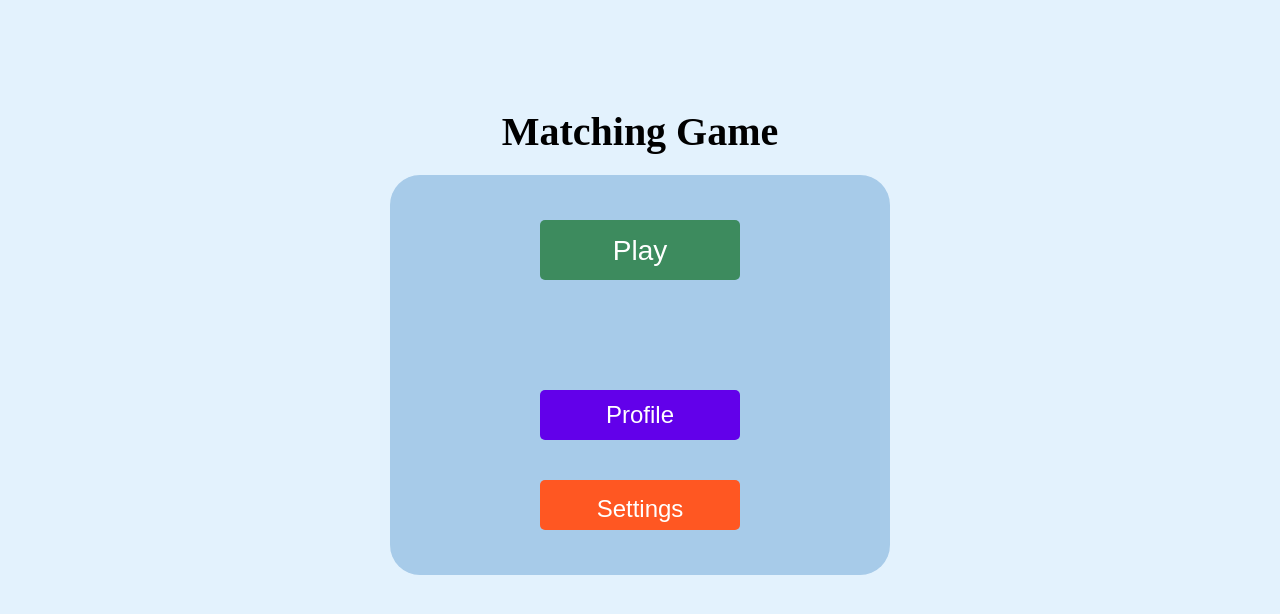
Repository: parnelltse/frontend2-courseproject
Page: /home
The author's editor kept a copy of each file at every save. The page is drawn from the files as they stood at one save, then again after the next save.
The browser window is 1280 px wide. The pictures show the whole page.
The project was rebuilt for these pictures with package versions that can differ from the ones it lists, and the page was loaded fresh each time. Also part of the build but not shown: vite.config.js, src/pages/landing.jsx, src/components/BackButton.jsx, src/pages/gameoptions.jsx, src/pages/appsettings.jsx, src/pages/profilesettings.jsx, src/pages/gamehistory.jsx, src/pages/singleplayer.jsx and 4 more.

Above is the page before, as saved 2024-11-16 01:23:23.

After the next save:
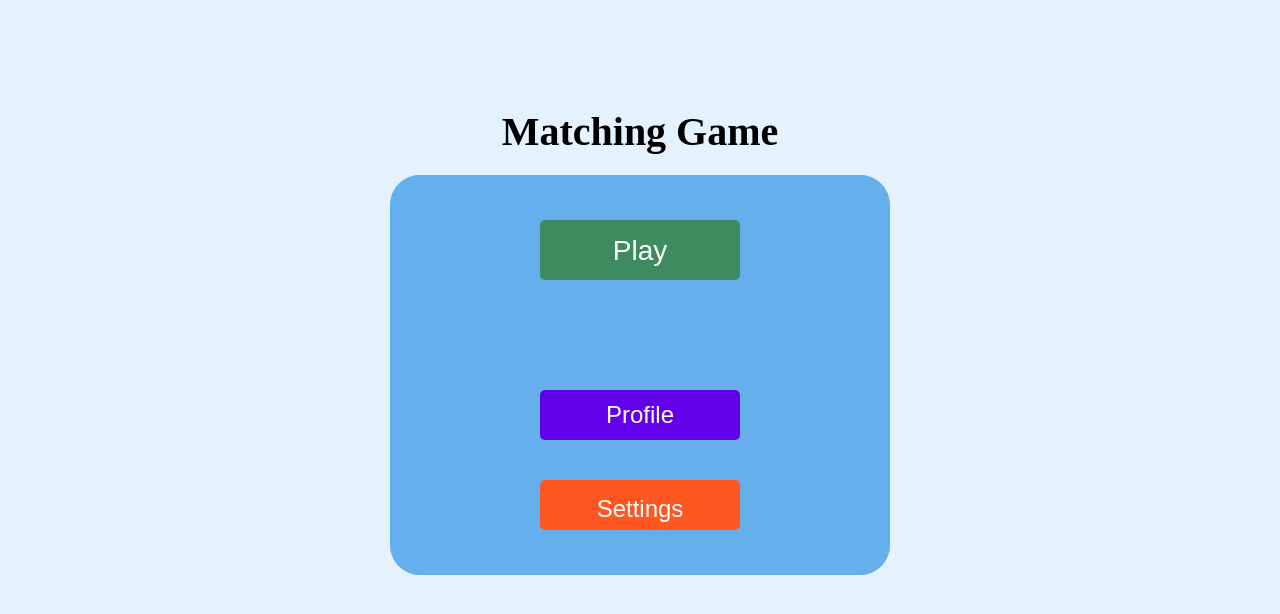
Saved 19 s later.
--- a/src/index.css
+++ b/src/index.css
@@ -313,7 +313,7 @@
   right: -20px;
   bottom: -200px;
   border-radius: inherit; /* Matches the border radius of the parent */
-  background: transparent;
+  background:#64afec;
   z-index: -1; /* Ensures the border appears behind the .home-board */
   animation: border-animate 3s linear infinite; /* Smooth, infinite animation */
 }

After the save that followed:
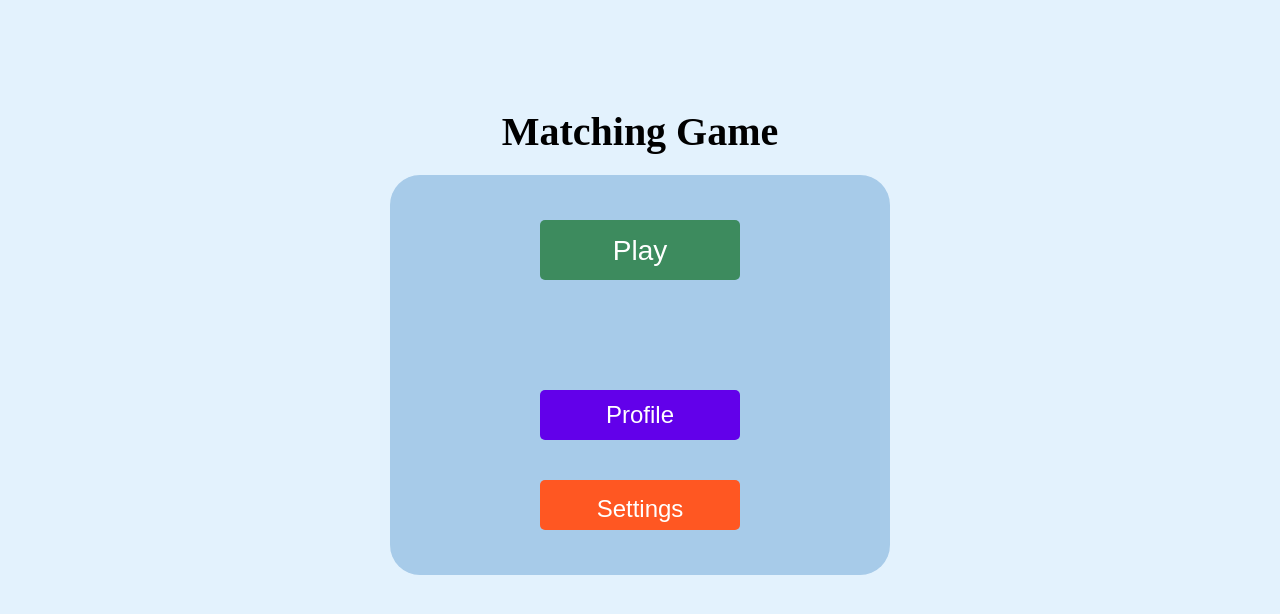
Saved 12 s later.
--- a/src/index.css
+++ b/src/index.css
@@ -313,7 +313,7 @@
   right: -20px;
   bottom: -200px;
   border-radius: inherit; /* Matches the border radius of the parent */
-  background:#64afec;
+  background: transparent;
   z-index: -1; /* Ensures the border appears behind the .home-board */
   animation: border-animate 3s linear infinite; /* Smooth, infinite animation */
 }
